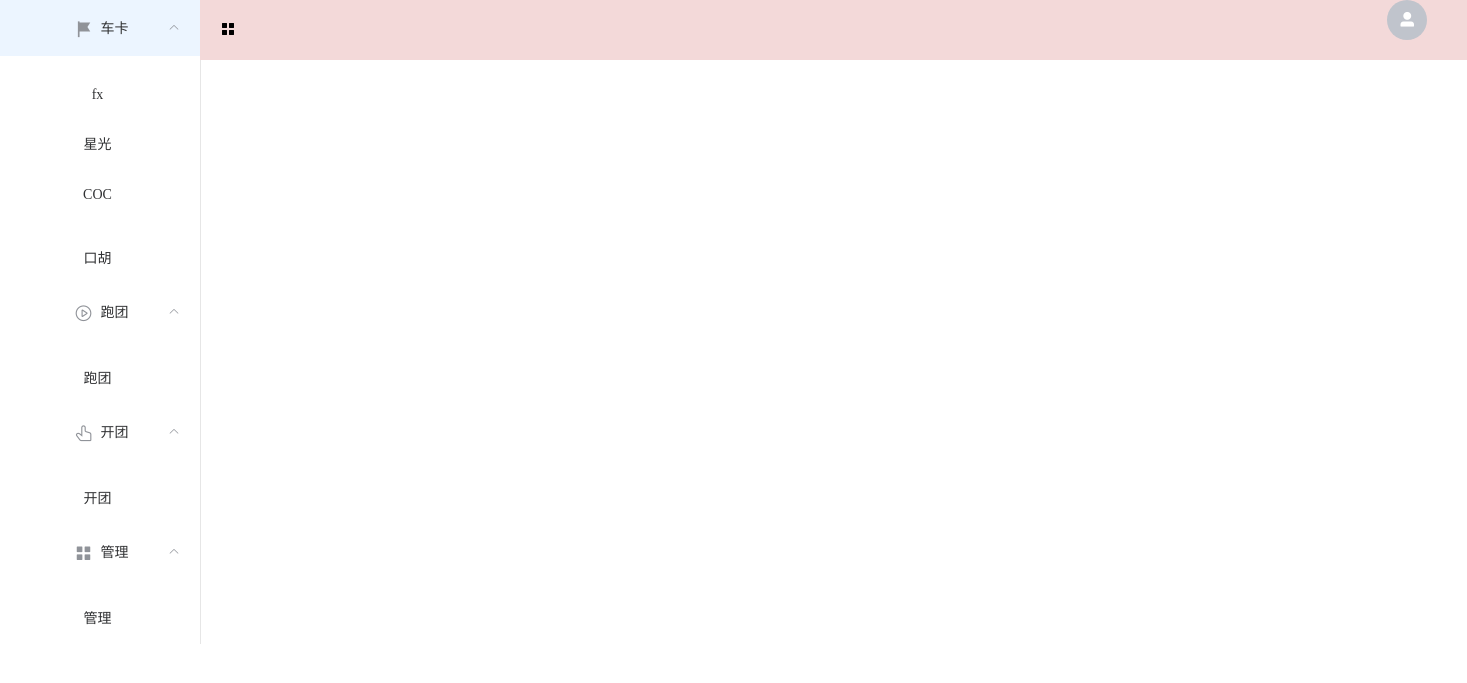
Repository: redlout/ptgkd
Page: /
An editor plug-in stored every save of this project. The page is shown before and after the next save, followed by the edit.
The browser window is 1280 px wide. The page is 1467 px wide, then 1352 px, so the pictures cover 1467 px, including what lies to the right of the window. The pictures show the whole page.
The project was rebuilt for these pictures with package versions that can differ from the ones it lists, and the page was loaded fresh each time. Also part of the build but not shown: src/mock/mock.js, src/views/Login.vue, src/components/SvgIcon/index.vue.

Above is the page before, as saved 2019-09-02 21:33:07.

### index.html
<!DOCTYPE html>
<html>
  <head>
    <meta charset="utf-8">
    <meta name="viewport" content="width=device-width,initial-scale=1.0">
    <title>ptgkd</title>
  </head>
  <body>
    <div id="app"></div>
    <!-- built files will be auto injected -->
  </body>
</html>

<style>
body{
  margin:0;
  padding:0;
}
</style>

### src/main.js
// import '@/styles/index.scss'
// import 'normalize.css/normalize.css'
import Vue from 'vue'
import App from './App'
import router from './router'

import ElementUI from 'element-ui'
import 'element-ui/lib/theme-chalk/index.css'
import api from './http/index'
import './icons'
import store from './store'

Vue.config.productionTip = false
Vue.use(ElementUI);
Vue.use(api);

// Vue.use(api)
/* eslint-disable no-new */
new Vue({
  el: '#app',
  router,
  store,
  render: h => h(App)
})

### src/router/index.js
import Vue from 'vue'
import Router from 'vue-router'
import HelloWorld from '@/views/HelloWorld'
import Login from '@/views/Login'

Vue.use(Router)

const router = new Router({
  routes: [
    {
      path: '/',
      name: 'HelloWorld',
      component: HelloWorld
    },
    {
      path: '/login',
      name: 'Login',
      component: Login
    }
  ]
})

export default router

### src/http/index.js
// 导入所有接口
import apis from './api'

const install = Vue => {
    if (install.installed)
        return;

    install.installed = true;

    Object.defineProperties(Vue.prototype, {
        // 注意，此处挂载在 Vue 原型的 $api 对象上
        $api: {
            get() {
                return apis
            }
        }
    })
}

export default install

### src/icons/index.js
import Vue from 'vue'
import SvgIcon from '@/components/SvgIcon'// svg component

// register globally
Vue.component('svg-icon', SvgIcon)

const req = require.context('./svg', false, /\.svg$/)
const requireAll = requireContext => requireContext.keys().map(requireContext)
requireAll(req)

### src/store/index.js
import Vue from 'vue'
import vuex from 'vuex'

Vue.use(vuex);
import collapse from './modules/collapse.js'
const store = new vuex.Store({
    modules: {
        collapseState: collapse,
        // menu: mymenu
        // 其他
    }
})

export default store

### src/views/HelloWorld.vue
<template>
<div class="container" >
  <el-container style="height: 100%;" direction="vertical">
    <AsideBar></AsideBar>
    <el-container>
      <HeadBar></HeadBar>
      <el-main></el-main>
    </el-container>
  </el-container>
</div>
</template>

<script>
import AsideBar from "../components/AsideBar/index";
import HeadBar from "../components/HeadBar/index";
export default {
  name: "HelloWorld",
  data() {
    return {
      isCollapse: false
    };
  },
  components: {
    AsideBar,
    HeadBar
  },
  methods: {
    logout: function() {
      var _this = this;
      this.$confirm("确认退出吗?", "提示", {
        type: "warning"
      }).then(() => {
        // sessionStorage.removeItem("user");
        this.$router.push("/login");
      });
    }
  }
};
</script>

<style scoped>
  .container {
    position:absolute;
    top: 0px;
    left: 0px;
    right: 0px;
    background: #4b5f6e;
  }
</style>

### src/http/api.js
import axios from './axios'

const login = data =>{
    return axios({
        url: '/login',
        method: 'post',
        data
    })
}

const logout = () =>{
    return axios({

    })
}

export default{
    login,
    logout
}

### src/store/modules/collapse.js
export default {
    state: {
        collapse:false  // 导航栏收缩状态
    },
    getters: {
        collapse(state){// 对应着上面state
            return collapse;
        }
    },
    mutations: {
        collapse(state){  // 改变收缩状态
            state.collapse = !state.collapse;
        }
    },
    actions: {

    }
}

### src/components/AsideBar/index.vue
<template>
  <el-aside width="initial" style="background-color: rgb(238, 241, 246) ">
    <el-menu
      :default-openeds="['1','2','3','4']"
      class="el-menu-vertical-demo"
      :collapse="$store.state.collapseState.collapse"
      @open="handleopen"
      @close="handleclose"
      @select="handleselect"
    >
      <el-submenu index="1">
        <template slot="title">
          <i class="el-icon-s-flag"></i>
          <span slot="title">车卡</span>
        </template>
        <el-menu-item-group>
          <el-menu-item index="1-1">fx</el-menu-item>
          <el-menu-item index="1-2">星光</el-menu-item>
          <el-menu-item index="1-3">COC</el-menu-item>
        </el-menu-item-group>
        <el-menu-item-group>
          <el-menu-item index="1-1">口胡</el-menu-item>
        </el-menu-item-group>
      </el-submenu>
      <el-submenu index="2">
        <template slot="title">
          <i class="el-icon-video-play"></i>
          <span slot="title">跑团</span>
        </template>
        <el-menu-item-group>
          <el-menu-item index="2-1">跑团</el-menu-item>
        </el-menu-item-group>
      </el-submenu>
      <el-submenu index="3">
        <template slot="title">
          <i class="el-icon-thumb"></i>
          <span slot="title">开团</span>
        </template>
        <el-menu-item-group>
          <el-menu-item index="3-1">开团</el-menu-item>
        </el-menu-item-group>
      </el-submenu>
      <el-submenu index="4">
        <template slot="title">
          <i class="el-icon-menu"></i>
          <span slot="title">管理</span>
        </template>
        <el-menu-item-group>
          <el-menu-item index="3-1">管理</el-menu-item>
        </el-menu-item-group>
      </el-submenu>
    </el-menu>
  </el-aside>
</template>


<script>
export default {
  name: "AsideBar",
  data() {
    return {
      isCollapse: false,
      logo: ""
    };
  },
  methods: {
    handleopen() {
      console.log("handleopen");
    },
    handleclose() {
      console.log("handleclose");
    },
    handleselect(a, b) {
      console.log("handleselect");
    }
  }
};
</script>

<style>
.el-aside {
  background-color: #d3dce6;
  color: #333;
  text-align: center;
  line-height: 10px;
  position: absolute;
}
  .el-menu-vertical-demo:not(.el-menu--collapse) {
    width: 200px;
    min-height: 400px;
  }

    .menu-bar-width {
    width: 200px;
  }
  .menu-bar-collapse-width {
    width: 65px;
  }
</style>

### src/components/HeadBar/index.vue
<template>
  <el-header :class="$store.state.collapseState.collapse?'menu-bar-collapse-width':'menu-bar-width'">
    <span @click="Oncollapse">
      <i class="el-icon-menu"></i>
    </span>

    <el-dropdown class="user-info-dropdown" trigger="hover">
      <el-avatar icon="el-icon-user-solid"></el-avatar>
      <el-dropdown-menu slot="dropdown">
        <el-dropdown-item>个人信息</el-dropdown-item>
        <el-dropdown-item>管理</el-dropdown-item>
        <el-dropdown-item divided @click="logout">登出</el-dropdown-item>
      </el-dropdown-menu>
    </el-dropdown>
  </el-header>
  <!-- <el-main></el-main> -->
</template>

<script>
export default {
  data(){
    return{
      isCollapse:false,
    };
  },
  methods:{
    Oncollapse: function(){
      this.$store.commit('collapse');
    }
  }
}
</script>

<style>
.el-header {
  position: absolute;
  background-color: rgb(243, 217, 217);
  left: 200px;
  right: 0px;
  height: 60px;
  line-height: 60px;
  width: 99%;
}
  .collapse-switcher {
    width: 40px;
    float: left;
    cursor: pointer;
    border-color: rgba(111, 123, 131, 0.8);
    border-left-width: 1px;
    border-left-style: solid;
    border-right-width: 1px;
    border-right-style: solid;
    color: white;
    background: #504e6180;
  }
    .menu-bar-width{
    left: 200px;
  }
    .menu-bar-collapse-width{
    left: 65px;
  }

      .user-info-dropdown {
      font-size: 20px;
      padding-right: 20px;
      color: #fff;
      cursor: pointer;
      float: right;
    }
</style>

### src/http/axios.js
import axios from 'axios';
import qs from 'qs';
import Cookies from "js-cookie";
import router from "@/router"

export default function $axios(options){
    return new Promise((resolve, reject) => {
      console.log(options)
        const instance = axios.create({
            baseURL: 'http://localhost:8080/',
            headers: {'Content-Type': 'application/json;charset=UTF-8'},
            timeout: '10000',
            transformResponse: [function (data){
            }]
        })
        // request 拦截器
        instance.interceptors.request.use(function(config){
                let token = Cookies.get('token')
                console.log(config)
                if(1){
                    config.headers.accessToken = 111
                }else{
                    //重定向到登陆页面
                    router.push('/login')
                }
                if(config.method === 'post'){
                    if(config.data.__proto__ === FormData.prototype
                        || config.url.endsWith('path')
                        || config.url.endsWith('mark')
                        || config.url.endsWith('patchs')
                        ){
                        }else{
                          config.data = qs.stringify(config.data)
                          console.log(config.data)
                        }
                    }
                    return config
                },
                function (error) {
                // 请求超时
                console.log('request:', error)
                if(error.code === 'ECONNABORTED' && error.message.indexOf('timeout') !== -1){
                    console.log('timeout 请求超时')
                }
                // 重定向到错误页面
                const errorInfo = error.response
                console.log(errorInfo)
                if(errorInfo){
                    error = errorInfo.data
                    const errorStatus = errorInfo.statue; // 404 403 500 ...
                    router.push({
                        path:  `/error/${errorStatus}`
                    })
                }
                return Promise.reject(error)
            }
        )
        console.log(11111111111111)
        instance.interceptors.response.use(function(response){
                let data;
                if(response.data == undefined){
                  data = JSON.parse(response.request.responseText)
                }else{
                    data = response.data
                }

                //根据返回的code 来进行不同的处理
                switch(data.rc){
                    case 1:
                        console.log(data.desc)
                        break;
                    case 0:
                        store.commit('changeState')
                    default:

                }
                return data
            },
            function(err){
              console.log(999999)
                if (err && err.response) {
                    switch (err.response.status) {
                      case 400:
                        err.message = '请求错误'
                        break
                      case 401:
                        err.message = '未授权，请登录'
                        break
                      case 403:
                        err.message = '拒绝访问'
                        break
                      case 404:
                        err.message = `请求地址出错: ${err.response.config.url}`
                        break
                      case 408:
                        err.message = '请求超时'
                        break
                      case 500:
                        err.message = '服务器内部错误'
                        break
                      case 501:
                        err.message = '服务未实现'
                        break
                      case 502:
                        err.message = '网关错误'
                        break
                      case 503:
                        err.message = '服务不可用'
                        break
                      case 504:
                        err.message = '网关超时'
                        break
                      case 505:
                        err.message = 'HTTP版本不受支持'
                        break
                      default:
                    }
                  }
                  console.error(err)
                  return Promise.reject(err)
            }
        )
        //请求处理
        instance(options).then(res => {
          console.log(2222222)
            resolve(res)
            return false
        }).catch(error => {
          console.log(33333)
            reject(error)
        })
        console.log(4444)
    })
}

Loaded but not shown: src/App.vue (common file)

After the next save:
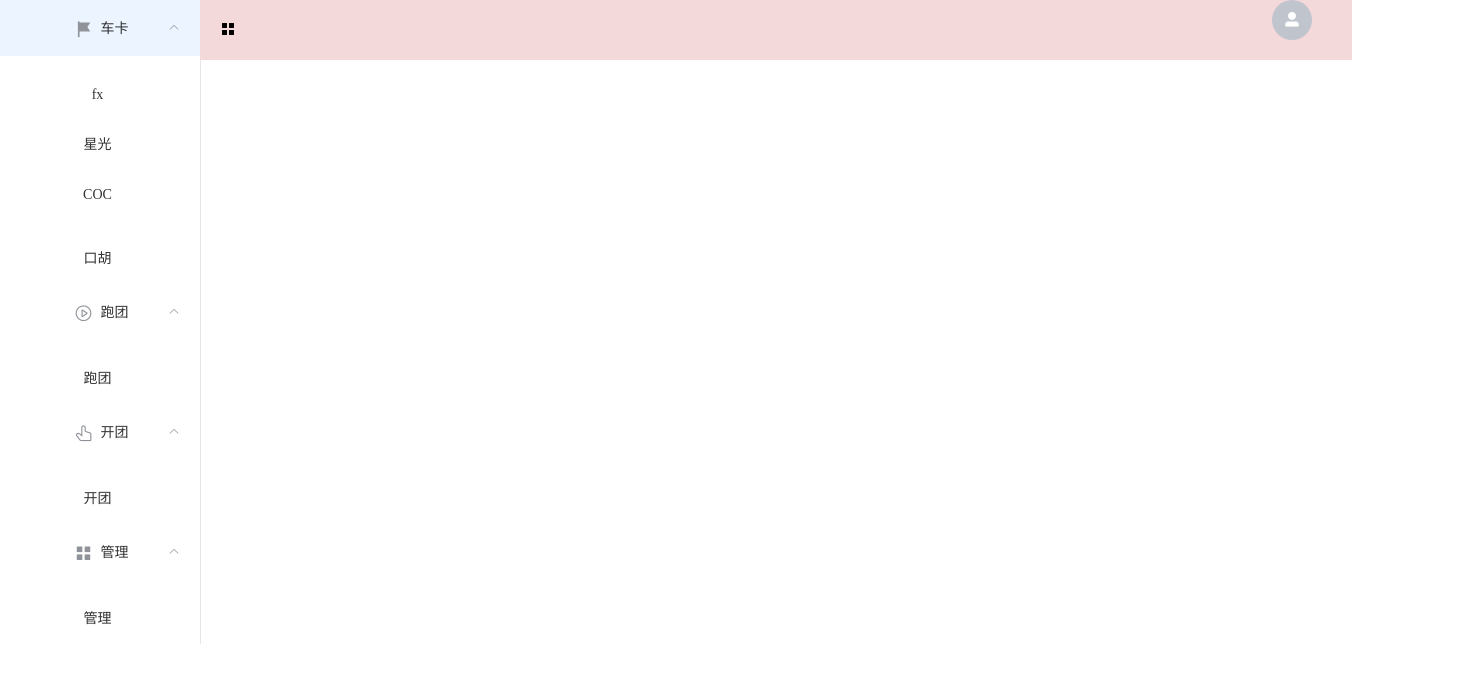
Saved 8 s later.
--- a/src/components/HeadBar/index.vue
+++ b/src/components/HeadBar/index.vue
@@ -39,7 +39,7 @@ export default {
   right: 0px;
   height: 60px;
   line-height: 60px;
-  width: 99%;
+  width: 90%;
 }
   .collapse-switcher {
     width: 40px;
